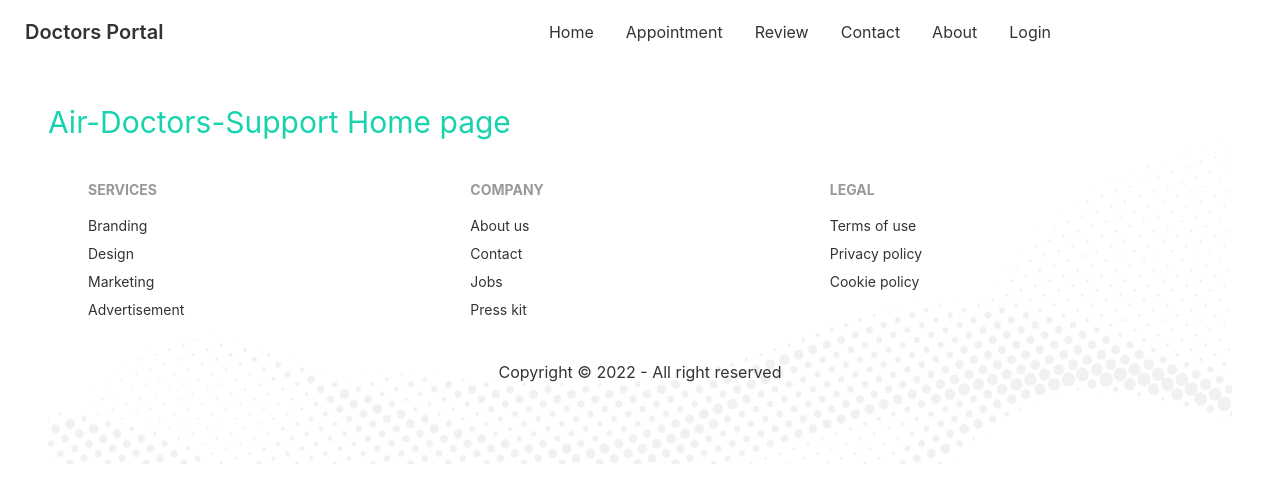
Repository: Devloper-solaiman/Air-Doctors-Support
Page: /
The author's editor kept a copy of each file at every save. The page is drawn from the files as they stood at one save, then again after the next save.
The browser window is 1280 px wide. The pictures show the whole page.
The project was rebuilt for these pictures with package versions that can differ from the ones it lists, and the page was loaded fresh each time. Also part of the build but not shown: src/App.css.

Above is the page before, as saved 2023-02-19 12:53:11.

After the next save:
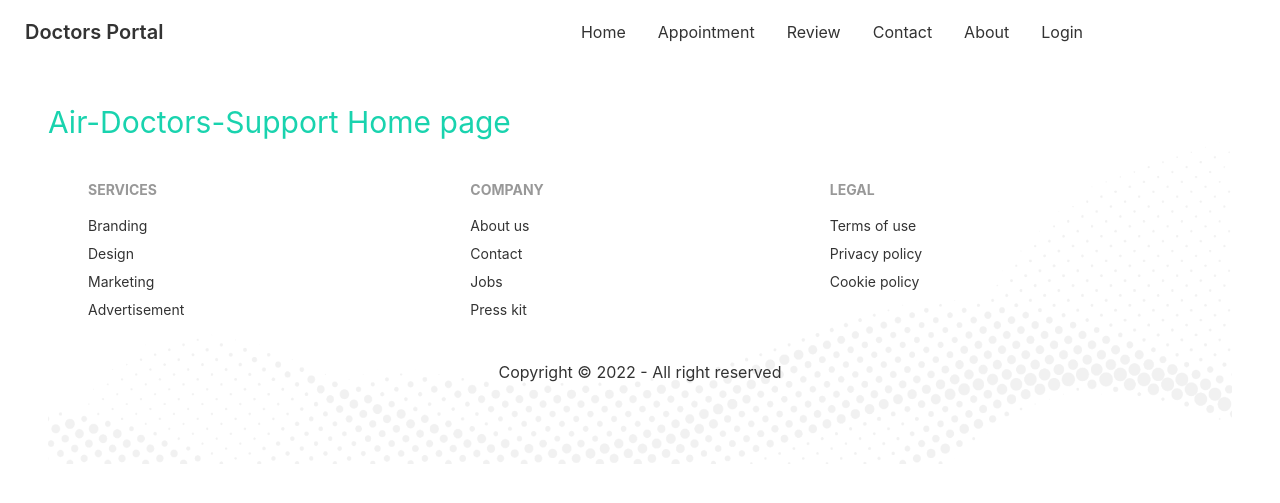
Saved 7 s later.
--- a/src/Pages/Shared/Navbar.js
+++ b/src/Pages/Shared/Navbar.js
@@ -35,7 +35,7 @@ const Navbar = () => {
                 </div>
                 <p className="btn btn-ghost normal-case text-xl">Doctors Portal</p>
             </div>
-            <div className="navbar-center ml-80 hidden lg:flex">
+            <div className="navbar-center ml-96 hidden lg:flex">
                 <ul className="menu menu-horizontal p-0">
                     {menuItems}
                 </ul>
